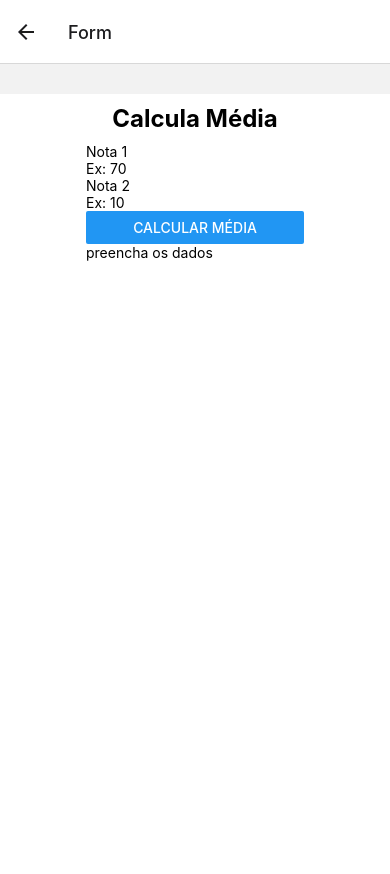
Repository: DS151-UFPR-2023/DS151_Israel-De-Quadros_EX4
Screen: /Form
An editor plug-in stored every save of this project. The screen is shown before and after the next save, followed by the edit.
The app was drawn by React Native's web renderer in a window 390 px wide. The project was rebuilt for these pictures with package versions that can differ from the ones it lists, and the page was loaded fresh each time. Also part of the build but not shown: src/components/main/index.js, src/components/novoComponente/index.js, src/components/counterScreen.js, src/components/ColorList.js.

Above is the screen before, as saved 2023-09-08 18:28:27.

### App.js
import { StatusBar } from 'expo-status-bar';
import { StyleSheet, Text, View } from 'react-native';
import Title from './src/components/title';
import Main from './src/components/main';
import Home2 from './src/components/novoComponente';
import { NavigationContainer } from '@react-navigation/native';
import { createStackNavigator } from '@react-navigation/stack';
import HomeScreen from './src/HomeScreen';
import CounterScreen from './src/components/counterScreen';
import Form from './src/components/form';
import ColorList from './src/components/ColorList';

const Stack = createStackNavigator();

export default function App() {
  return (
    <NavigationContainer>
      <Stack.Navigator>
        <Stack.Screen name="Home" component={HomeScreen} />
        <Stack.Screen name="Home2" component={Home2} />
        <Stack.Screen name="CounterScreen" component={CounterScreen} />
        <Stack.Screen name="Form" component={Form} />
        <Stack.Screen name="ColorList" component={ColorList} />
      </Stack.Navigator>
    </NavigationContainer>
  );
}

const styles = StyleSheet.create({
  container: {
    flex: 1,
    backgroundColor: '#999',
    alignItems: 'center',
    justifyContent: 'center',
  },
});

### src/components/title/index.js
import React from "react"
import { View, Text } from "react-native"
import styles from "../style";

export default function Title() {
    return (
        <View style={styles.boxTitle}>
            <Text style={styles.textTitle}>Calcula Média</Text>
        </View>
    );
}

### src/HomeScreen.js
import React from "react";
import { View, Text, StyleSheet, Button } from 'react-native';

function HomeScreen({ navigation }) {
    return (
        <View style={style.mainView}>
            <Text>Home Screen</Text>
            <Button title="Ir para Galeria!"
                onPress={() => navigation.navigate('Home2')}
            />
            <Button title="Ir para Counter!"
                onPress={() => navigation.navigate('CounterScreen')}
            />
            <Button title="Ir para Form!"
                onPress={() => navigation.navigate('Form')}
            />
            <Button title="Ir para ColorList!"
                onPress={() => navigation.navigate('ColorList')}
            />
        </View>
    )
}

export default HomeScreen;

const style = StyleSheet.create({
    mainView: {
        flex: 1,
        alignItems: 'center',
        justifyContent: 'center'
    }
})

### src/components/form/index.js
import { View, Text, TextInput, Button } from "react-native";
import React, { useState } from "react";
import ResultMedia from "../result";
import Title from "../title";
import styles from "../style";

export default function Form() {

    const [media1, setmedia1] = useState(null)
    const [media2, setmedia2] = useState(null)
    const [messagemedia, setMessagemedia] = useState("preencha os dados")
    const [media, setmedia] = useState(null)
    const [textButton, setTextButton] = useState("Calcular")

    function validationmedia() {
        if (media2 != null && media1 != null) {
            mediaCalculator()
            setMessagemedia("seu media eh igual: " +  media + "\nTem que clicar duas vezes\npra atualizar a mensagem hehe")
            setTextButton("Calcular Novamente")
            return
        }
        setmedia(null)
        setTextButton("Calcular")
        setMessagemedia("preencha os dados")
    }

    function mediaCalculator() {
        setMessagemedia("seu media eh igual: " + media)
        return setmedia(((parseFloat(media1) + parseFloat(media2))/2))
    }


    return (
        //conteudo do formulario
        <View style={styles.formContext}>
            <Title/>
            <View>
                <Text>Nota 1</Text>
                <TextInput onChangeText={setmedia1} value={media1} placeholder="Ex: 70" keyboardType="numeric"></TextInput>
                <Text>Nota 2</Text>
                <TextInput onChangeText={setmedia2} value={media2}  placeholder="Ex: 10" keyboardType="numeric"></TextInput>
                <Button onPress={() => validationmedia()} title="Calcular Média" />
                <ResultMedia messageResultmedia={messagemedia} resultmedia={media}></ResultMedia>
            </View>
        </View>
    );
}

### src/components/style.js
import { StyleSheet } from "react-native";

const styles = StyleSheet.create({
    boxTitle: {
        alignItems: "center",
        justifyContent: "center",
        padding: 10,
    },
    textTitle: {
        color: "FF0043",
        fontSize: 24,
        fontWeight: "bold",
    },
    formContext: {
        width: "100%",
        height: "100%",
        bottom: 0,
        backgroundColor: "white",
        alignItems: "center",
        marginTop: 30,
    },
    formLabel: {
        color: "#6A5ACD",
        fontSize: 18,
        paddingLeft: 20,
    },
    input: {
        backgroundColor: "#7FFFD4",
        width: "90%",
        height: 40,
        margin: 12,
        borderRadius: 50,
        paddingLeft: 10,
        textAlign: 'center',
    },

});

export default styles;

### src/components/result/index.js
import { View, Text} from "react-native";
import React, { useState } from "react";

export default function ResultMedia(props) {
    return (
        <View>
            <Text>{props.resultmedia}</Text>
            <Text>{props.messageResultmedia}</Text>
        </View>
    );
}

After the next save:
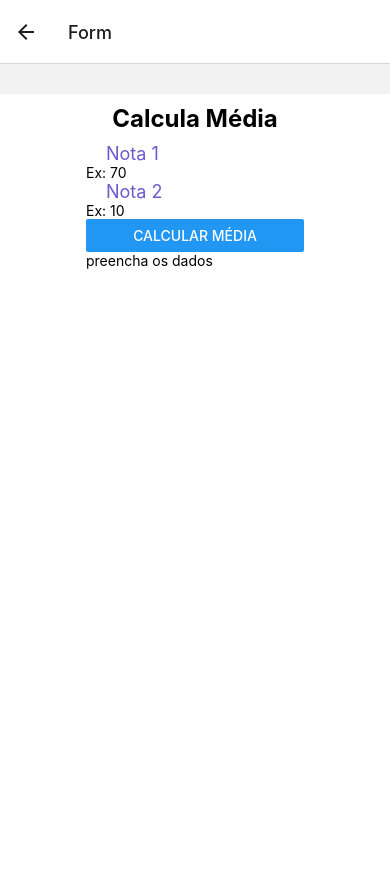
Saved 23 s later.
--- a/src/components/form/index.js
+++ b/src/components/form/index.js
@@ -35,9 +35,9 @@ export default function Form() {
         <View style={styles.formContext}>
             <Title/>
             <View>
-                <Text>Nota 1</Text>
+                <Text style={styles.formLabel}>Nota 1</Text>
                 <TextInput onChangeText={setmedia1} value={media1} placeholder="Ex: 70" keyboardType="numeric"></TextInput>
-                <Text>Nota 2</Text>
+                <Text style={styles.formLabel}>Nota 2</Text>
                 <TextInput onChangeText={setmedia2} value={media2}  placeholder="Ex: 10" keyboardType="numeric"></TextInput>
                 <Button onPress={() => validationmedia()} title="Calcular Média" />
                 <ResultMedia messageResultmedia={messagemedia} resultmedia={media}></ResultMedia>
